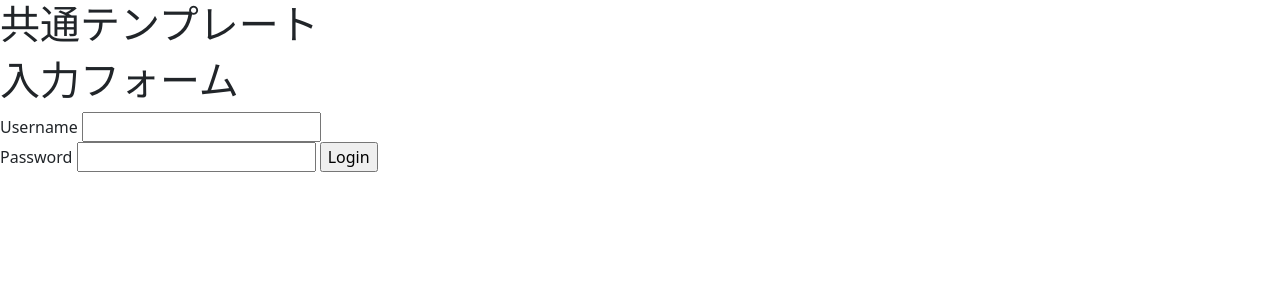
Repository: tt-nk/form-app
Page: http://localhost/login
An editor plug-in stored every save of this project. The page is shown before and after the next save, followed by the edit.
The browser window is 1280 px wide. The pictures show the whole page.
The page is served by the project's application, run on Flask 3 (app.py).

Above is the page before, as saved 2021-12-15 00:42:23.

After the next save:
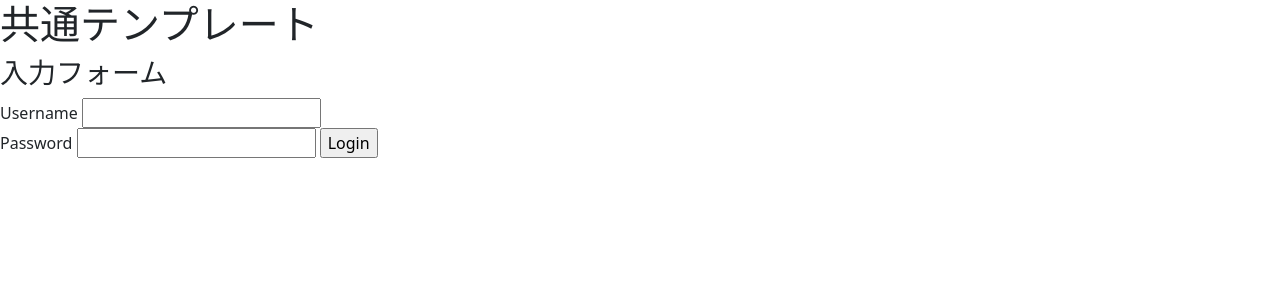
Saved 2 min 4 s later.
--- a/templates/form.html
+++ b/templates/form.html
@@ -1,6 +1,6 @@
 {% extends 'base.html' %}
 {% block content %}
-<h1>入力フォーム</h1>
+<h3>入力フォーム</h3>
 <form method="POST" action="{{url_for('form')}}">
     {{form.csrf_token}}
     {{ form.username.label }}
